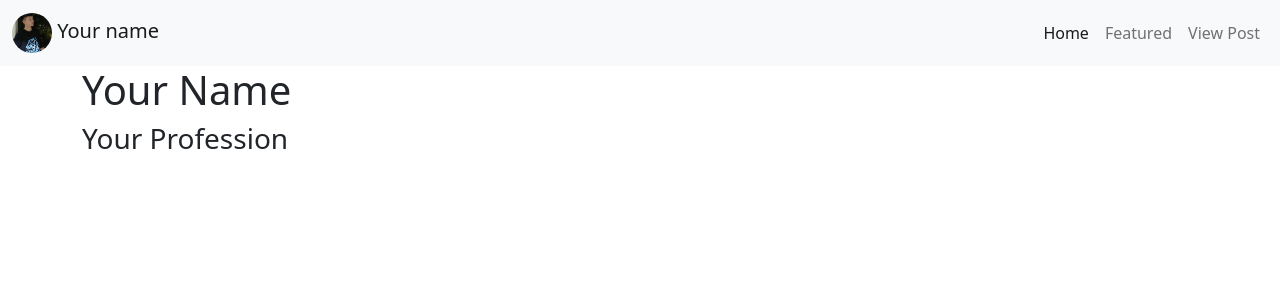
Repository: nvt01/72_1951061106_NgoVanTung
Page: BaiTh1/index.html
These files come from the project's save history. The page is drawn as it stood at one moment and after a run of saves; the edit follows.
The browser window is 1280 px wide. The pictures show the whole page.

Above is the page before, as saved 2021-11-30 22:03:00.

### BaiTh1/index.html
<!DOCTYPE html>
<html lang="en">
<head>
    <meta charset="UTF-8">
    <meta http-equiv="X-UA-Compatible" content="IE=edge">
    <meta name="viewport" content="width=device-width, initial-scale=1.0">
    <title>Blog</title>
    <link rel="stylesheet" href="style.css">
    <!-- CSS only -->
    <link href="https://cdn.jsdelivr.net/npm/bootstrap@5.1.3/dist/css/bootstrap.min.css" rel="stylesheet" integrity="sha384-1BmE4kWBq78iYhFldvKuhfTAU6auU8tT94WrHftjDbrCEXSU1oBoqyl2QvZ6jIW3" crossorigin="anonymous">
</head>
<body>
    <div class="menu">
        <nav class="navbar navbar-expand-lg navbar-light bg-light">
            <div class="container-fluid">
                <a class="navbar-brand" href="#">
                    <img class="nav-img" src="./img/avatar.JPG" alt="">
                    Your name
                </a>
                <button class="navbar-toggler" type="button" data-bs-toggle="collapse" data-bs-target="#navbarSupportedContent" aria-controls="navbarSupportedContent" aria-expanded="false" aria-label="Toggle navigation">
                    <span class="navbar-toggler-icon"></span>
                </button>
                <div class=" collapse navbar-collapse" id="navbarSupportedContent">
                    <ul class="navbar-nav me-auto mb-2 mb-lg-0">
                        <li class="nav-item">
                            <a class="nav-link active" aria-current="page" href="#">Home</a>
                        </li>
                        <li class="nav-item">
                            <a class="nav-link" href="#">Featured</a>
                        </li>
                        <li class="nav-item">
                            <a class="nav-link" href="#">View Post</a>
                        </li>
                    </ul>
                </div>
            </div>
        </nav>
    </div>
    <div class="container">
        <div class="row">
            <h1>Your Name</h1>
            <h3>Your Profession</h3>

        </div>
    </div>
</body>
</html>

### BaiTh1/style.css
* {
    margin: 0;
    padding: 0;
    box-sizing: border-box;
}
.nav-img {
    width: 40px;
    height: 40px;
    border-radius: 50%;
    object-fit: cover;
}

.container-fluid .navbar-collapse {
    flex-grow: 0;
}

After the next 4 saves:
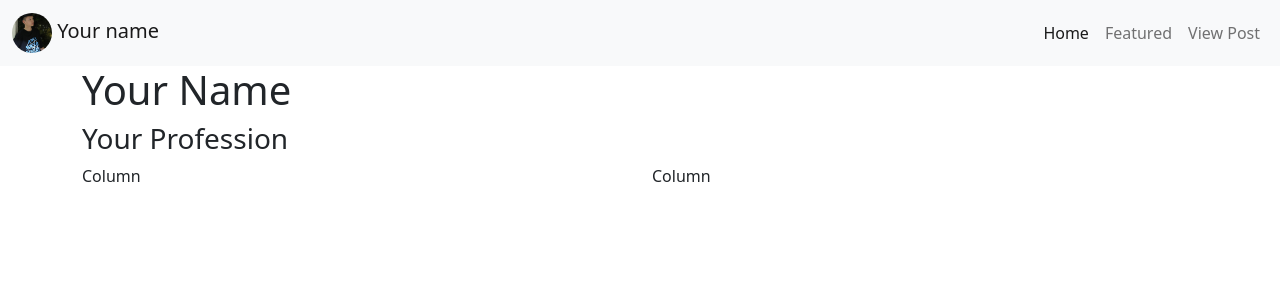
The 4 saves are shown as one change because they came seconds apart.
The last was saved 13 s later.
--- a/BaiTh1/index.html
+++ b/BaiTh1/index.html
@@ -40,7 +40,12 @@
         <div class="row">
             <h1>Your Name</h1>
             <h3>Your Profession</h3>
-
+            <div class="col">
+                Column
+            </div>
+            <div class="col">
+                Column
+            </div>
         </div>
     </div>
 </body>
